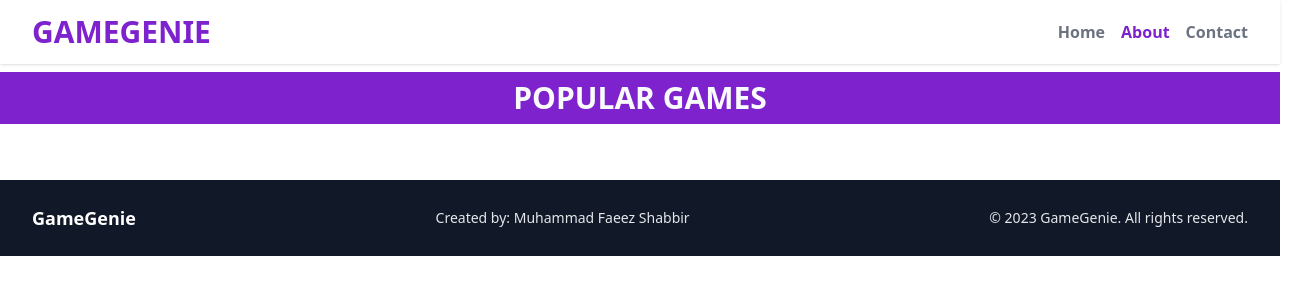
Repository: mfaeezshabbir/Gamegenie
Page: /allGames
An editor plug-in stored every save of this project. The page is shown before and after the next save, followed by the edit.
The browser window is 1280 px wide. The page is 1280 px wide, then 1310 px, then 1280 px, so the pictures cover 1310 px, including what lies to the right of the window. The pictures show the whole page.
The page's requests for data from a server got no answer. The project was rebuilt for these pictures with package versions that can differ from the ones it lists, and the page was loaded fresh each time. The framework's server and built-in components were replaced by stand-ins that run in the browser. No one was signed in, and anything a server would have sent is missing. Also part of the build but not shown: next.config.js, components/GameCard/GameCard.jsx.

Above is the page before, as saved 2023-04-19 02:56:59.

### pages/_app.js
import Footer from "@/components/Footer/Footer";
import Header from "@/components/Header/Header";
import "@/styles/globals.css";

export default function App({ Component, pageProps }) {
  return (
    <>
      <Header />
      <Component {...pageProps} />
      <Footer />
    </>
  );
}

### pages/allGames.jsx
import { useEffect, useState } from "react";
import axios from "axios";
import GameCard from "../components/GameCard/GameCard";

export default function Home() {
  const [games, setGames] = useState([]);

  useEffect(() => {
    axios
      .get("/api/games")
      .then((response) => {
        setGames(response.data);
      })
      .catch((error) => {
        console.error(error);
      });
  }, []);

  return (
    <div className=" mt-2 container" >
      <h1 className="text-3xl text-center bg-purple-700 p-2 uppercase font-bold text-gray-50 " >Popular Games</h1><br />
      <div className="m-4 grid grid-cols-1 sm:grid-cols-2 lg:grid-cols-3 gap-4">
        {games.map((game) => (
          <GameCard key={game.name} game={game} />
        ))}
      </div>
    </div>
  );
}

### components/Footer/Footer.jsx
import Link from 'next/link';

function Footer() {
  return (
    <footer className="bg-gray-900 text-gray-200 py-6 w-full">
      <div className="max-w-7xl mx-auto px-4 sm:px-6 lg:px-8 flex flex-wrap justify-between items-center">
        <div className="w-full sm:w-auto mb-4 sm:mb-0">
          <Link href="/" className="text-lg font-bold text-white hover:text-gray-400 transition-colors duration-300">
            GameGenie
          </Link>
        </div>
        <div className="text-center text-gray-200 text-sm">
          Created by: <a href="https://github.com/mfaeezshabbir" target='_blank' rel="noopener noreferrer">Muhammad Faeez Shabbir</a>
        </div>
        <div className="text-gray-200 text-center text-sm">
          &copy; 2023 GameGenie. All rights reserved.
        </div>
      </div>
    </footer>
  );
}

export default Footer;

### components/Header/Header.jsx
import React, { useState } from 'react';
import Link from 'next/link';
import { useRouter } from 'next/router';

function NavItem({ href, children, active }) {
    return (
        <Link href={href}>
            <div className={`text-gray-500 hover:text-gray-900 ${active ? 'text-purple-700' : ''}`}>
                {children}
            </div>
        </Link>
    );
}

function Header() {
    const [isMenuOpen, setIsMenuOpen] = useState(false);

    const toggleMenu = () => {
        setIsMenuOpen(prevState => !prevState);
    };

    const links = [
        { href: '/', text: 'Home' },
        { href: '/allGames', text: 'About' },
        { href: '/profile', text: 'Contact' },
    ];

    const currentPath = useRouter().pathname;

    const MobileMenu = () => (
        <div className={`${isMenuOpen ? 'block' : 'hidden'} md:hidden`} id="mobile-menu">
            <div className="px-2 pt-2 pb-3 space-y-1 sm:px-3">
                {links.map(link => (
                    <NavItem
                        key={link.href}
                        href={link.href}
                        active={link.href === currentPath}
                    >
                        {link.text}
                    </NavItem>
                ))}
            </div>
        </div>
    );

    return (
        <>
            <header className="bg-white shadow fixed w-full z-10">
                <div className="max-w-7xl mx-auto px-4 sm:px-6 lg:px-8">
                    <nav className="flex justify-between items-center h-16">
                        <div className="flex-shrink-0 text-3xl text-purple-700 uppercase font-bold">
                            <Link href="/">
                                {/* <Logo className="h-6 w-6" alt="GameGenie logo" /> */}
                                Gamegenie
                            </Link>
                        </div>
                        <div className="hidden md:block">
                            <div className="ml-10 flex items-baseline space-x-4 font-semibold ">
                                {links.map(link => (
                                    <NavItem
                                        key={link.href}
                                        href={link.href}
                                        active={link.href === currentPath}
                                    >
                                        {link.text}
                                    </NavItem>
                                ))}
                            </div>
                        </div>
                        <div className="-mr-2 flex md:hidden">
                            <button
                                type="button"
                                onClick={toggleMenu}
                                className="inline-flex items-center justify-center p-2 rounded-md text-gray-400 hover:text-gray-500 hover:bg-gray-100 focus:outline-none focus:ring-2 focus:ring-offset-2 focus:ring-offset-gray-100 focus:ring-indigo-500"
                                aria-controls="mobile-menu"
                                aria-expanded="false"
                            >
                                <span className="sr-only">Open main menu</span>
                                <svg
                                    className={`${isMenuOpen ? 'hidden' : 'block'} h-6 w-6`}
                                    xmlns="http://www.w3.org/2000/svg"
                                    fill="none"
                                    viewBox="0 0 24 24"
                                    stroke="currentColor"
                                    aria-hidden="true"
                                >
                                    <path strokeLinecap="round" strokeLinejoin="round" strokeWidth="2" d="M4 6h16M4 12h16M4 18h16" />
                                </svg>
                                <svg className={`${isMenuOpen ? 'block' : 'hidden'} h-6 w-6`}
                                    xmlns="http://www.w3.org/2000/svg"
                                    fill="none"
                                    viewBox="0 0 24 24"
                                    stroke="currentColor"
                                    aria-hidden="true"
                                >
                                    <path strokeLinecap="round" strokeLinejoin="round" strokeWidth="2" d="M6 18L18 6M6 6l12 12" />
                                </svg>
                            </button>
                        </div>
                    </nav>
                </div>
                <MobileMenu />
            </header>
            <div className="h-16" />
        </>
    );
}

export default Header;

### styles/globals.css
@tailwind base;
@tailwind components;
@tailwind utilities;

:root::-webkit-scrollbar{
    display: none;
}

Loaded but not shown: pages/_document.js (common file); tailwind.config.js (common file)

After the next save:
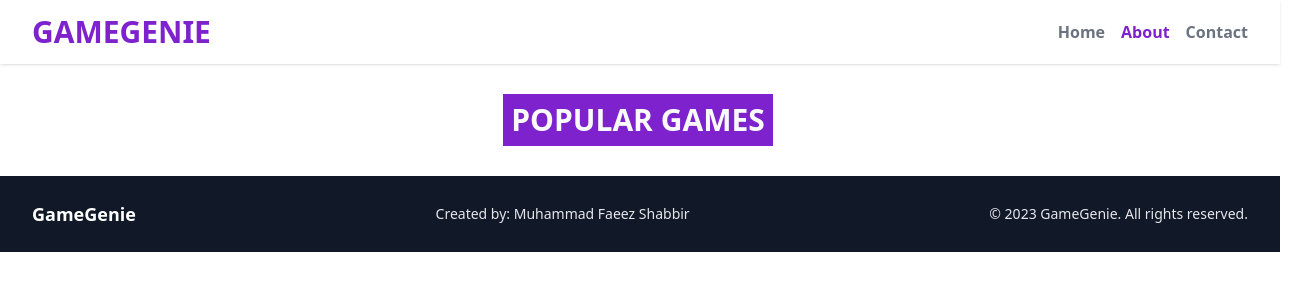
Saved 15 s later.
--- a/styles/globals.css
+++ b/styles/globals.css
@@ -5,3 +5,47 @@
 :root::-webkit-scrollbar{
     display: none;
 }
+
+.container {
+    display: flex;
+    align-items: center;
+    justify-content: center;
+    margin: 30px;
+  }
+
+  .card {
+    margin: 2%;
+    background: #DBBDBD;
+    width: 70px;
+    height: 100px;
+    box-shadow: 0 2px 3px 0px rgba(0, 0, 0, 0.25);
+    border-radius: 3px;
+    transition: .2s all;
+    cursor: pointer;
+    align-items: center;
+    text-align: center;
+    font-size: 13px;
+    padding-top: 30px;
+  }
+
+  .card > span {
+    display: block;
+    margin: auto;
+    max-width: 40px;
+  }
+
+  .container:hover .card {
+    filter: blur(3px);
+    opacity: .5;
+    transform: scale(.98);
+    box-shadow: none;
+  }
+
+  .container:hover .card:hover {
+    transform: scale(1);
+    filter: blur(0px);
+    opacity: 1;
+    box-shadow: 0 8px 20px 0px rgba(0, 0, 0, 0.125);
+    background: #A82C2C;
+    color: white;
+  }

After the save that followed:
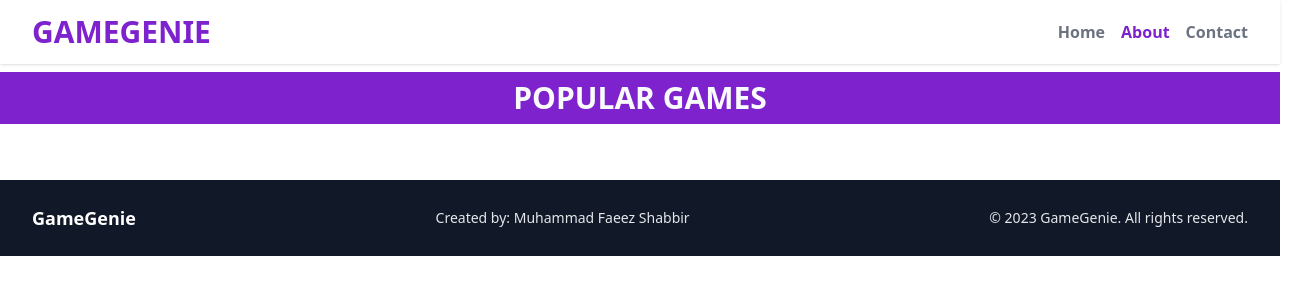
Saved 48 s later.
--- a/styles/globals.css
+++ b/styles/globals.css
@@ -6,12 +6,12 @@
     display: none;
 }
 
-.container {
+/* .container {
     display: flex;
     align-items: center;
     justify-content: center;
     margin: 30px;
-  }
+  } */
 
   .card {
     margin: 2%;
